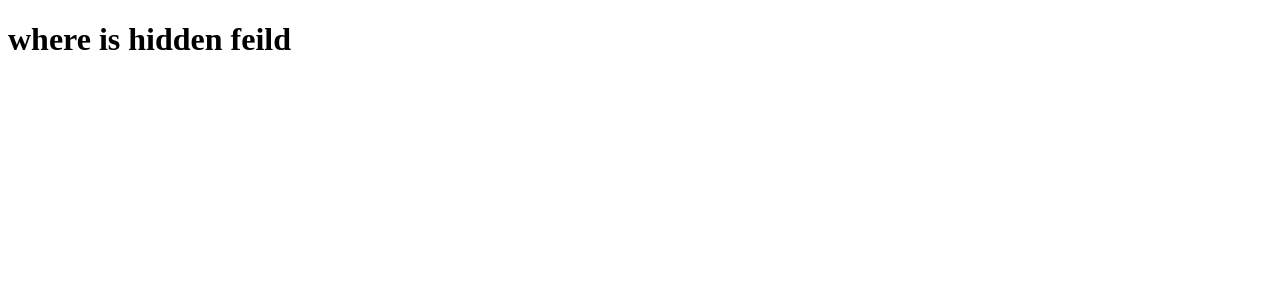
Repository: heenasalim/Java_Script
Page: HtttpSession/WebContent/HiddenFormFeild.html
An editor plug-in stored every save of this project. The page is shown before and after the next save, followed by the edit.
The browser window is 1280 px wide. The pictures show the whole page.

Above is the page before, as saved 2015-10-13 16:48:59.

### HtttpSession/WebContent/HiddenFormFeild.html
<!DOCTYPE html PUBLIC "-//W3C//DTD HTML 4.01 Transitional//EN" "http://www.w3.org/TR/html4/loose.dtd">
<html>
<head>
<meta http-equiv="Content-Type" content="text/html; charset=ISO-8859-1">
<title>Insert title here</title>
</head>
<body>
<h1>where   is  hidden  feild</h1>
<input  type="hidden"  name="user"  value="uid"  />

</body>
</html>

After the next save:
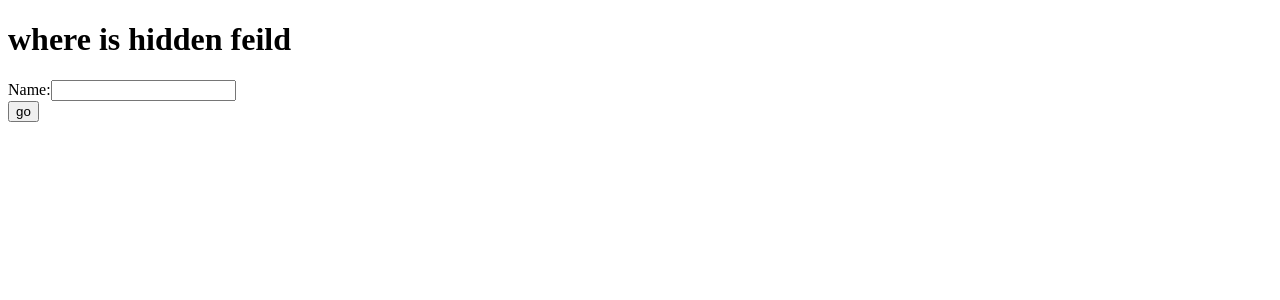
Saved 4 min 15 s later.
--- a/HtttpSession/WebContent/HiddenFormFeild.html
+++ b/HtttpSession/WebContent/HiddenFormFeild.html
@@ -7,6 +7,9 @@
 <body>
 <h1>where   is  hidden  feild</h1>
 <input  type="hidden"  name="user"  value="uid"  />
-
+    <form action="servlet1">
+    Name:<input type="text" name="userName"/><br/>
+    <input type="submit" value="go"/>
+    </form>
 </body>
 </html>
